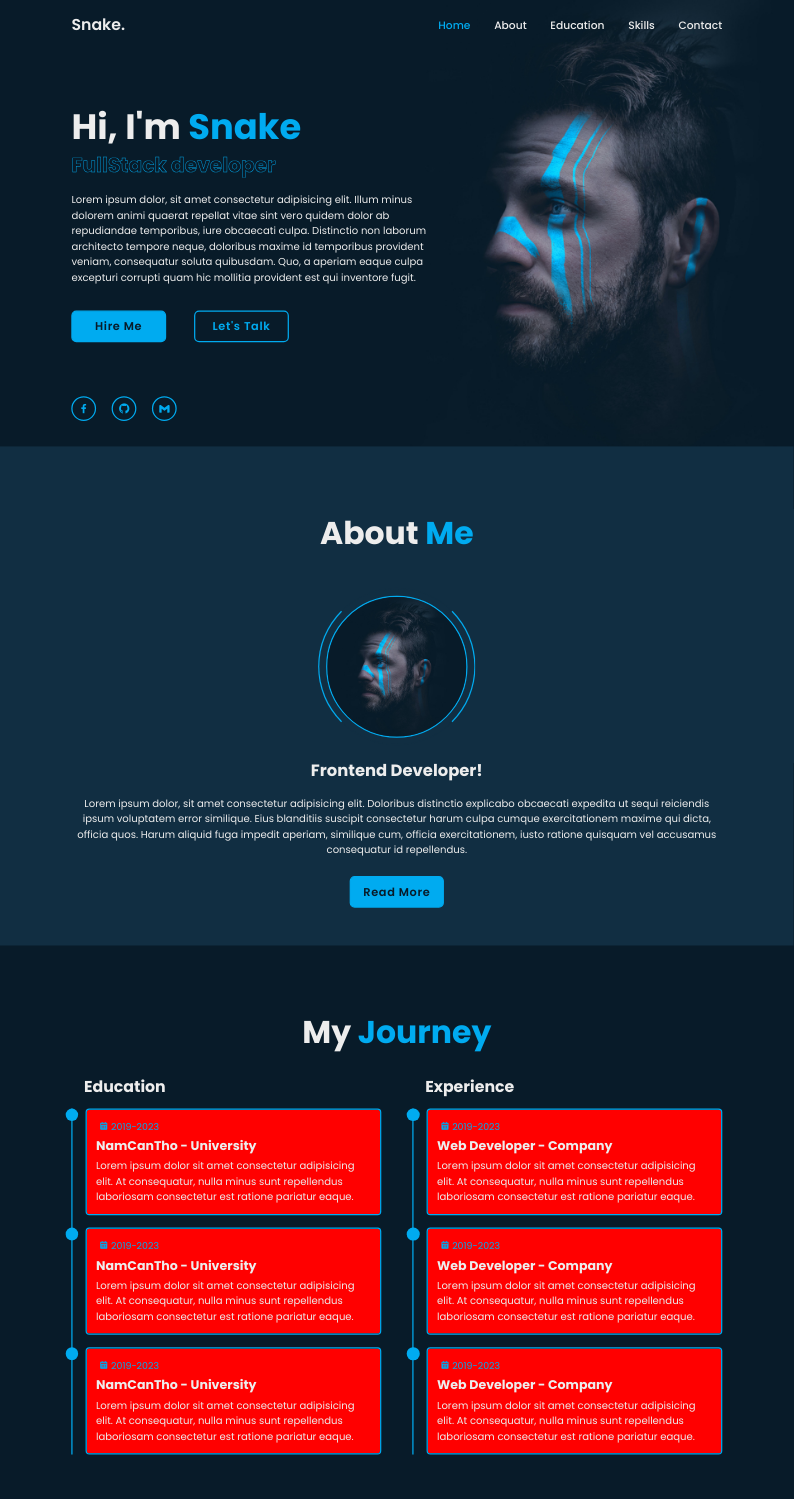
Repository: Tanty102/About_Me
Page: index.html
An editor plug-in stored every save of this project. The page is shown before and after the next save, followed by the edit.
The browser window is 1280 px wide. The pictures show the whole page, at 62% of full size.

Above is the page before, as saved 2023-09-12 18:50:49.

### index.html
<!DOCTYPE html>
<html lang="en">
  <head>
    <meta charset="UTF-8" />
    <meta name="viewport" content="width=device-width, initial-scale=1.0" />
    <link rel="stylesheet" href="style.css" />
    <title>CV Snake</title>
  </head>

  <!-- box icons -->
  <link
    href="https://unpkg.com/boxicons@2.1.4/css/boxicons.min.css"
    rel="stylesheet" />
  <body>
    <!-- Header design -->
    <header class="header">
      <a href="#" class="logo">Snake.</a>

      <div class="bx bx-menu" id="menu-icon"></div>

      <nav class="navbar">
        <a href="#home" class="active">Home</a>
        <a href="#about">About</a>
        <a href="#education">Education</a>
        <a href="#skills">Skills</a>
        <a href="#contact">Contact</a>
      </nav>
    </header>

    <!-- Home section design -->
    <section class="home" id="home">
      <div class="home-content">
        <h1>Hi, I'm <span>Snake</span></h1>
        <div class="text-animate">
          <h3>FullStack developer</h3>
        </div>
        <p>
          Lorem ipsum dolor, sit amet consectetur adipisicing elit. Illum minus
          dolorem animi quaerat repellat vitae sint vero quidem dolor ab
          repudiandae temporibus, iure obcaecati culpa. Distinctio non laborum
          architecto tempore neque, doloribus maxime id temporibus provident
          veniam, consequatur soluta quibusdam. Quo, a aperiam eaque culpa
          excepturi corrupti quam hic mollitia provident est qui inventore
          fugit.
        </p>

        <div class="btn-box">
          <a href="#" class="btn">Hire Me</a>
          <a href="#" class="btn">Let's Talk</a>
        </div>
      </div>

      <div class="home-sci">
        <a href="#"><i class="bx bxl-facebook"></i></a>
        <a href="#"><i class="bx bxl-github"></i></a>
        <a href="#"><i class="bx bxl-gmail"></i></a>
      </div>

      <div class="home-imgHover"></div>
    </section>

    <!-- About section design -->
    <section class="about" id="about">
      <h2 class="heading">About <span>Me</span></h2>

      <div class="about-img">
        <img src="image/about.jpg" alt="" />
        <span class="circle-spin"></span>
      </div>

      <div class="about-content">
        <h3>Frontend Developer!</h3>
        <p>
          Lorem ipsum dolor, sit amet consectetur adipisicing elit. Doloribus
          distinctio explicabo obcaecati expedita ut sequi reiciendis ipsum
          voluptatem error similique. Eius blanditiis suscipit consectetur harum
          culpa cumque exercitationem maxime qui dicta, officia quos. Harum
          aliquid fuga impedit aperiam, similique cum, officia exercitationem,
          iusto ratione quisquam vel accusamus consequatur id repellendus.
        </p>

        <div class="btn-box btns">
          <a href="#" class="btn">Read More</a>
        </div>
      </div>
    </section>

    <!-- Education section design -->
    <section class="education" id="education">
      <h2 class="heading">My <span>Journey</span></h2>

      <div class="education-row">
        <div class="education-column">
          <h3 class="title">Education</h3>

          <div class="education-box">
            <div class="education-content">
              <div class="content">
                <div class="year">
                  <i class="bx bxs-calendar"></i> 2019-2023
                </div>
                <h3>NamCanTho - University</h3>
                <p>
                  Lorem ipsum dolor sit amet consectetur adipisicing elit. At
                  consequatur, nulla minus sunt repellendus laboriosam
                  consectetur est ratione pariatur eaque.
                </p>
              </div>
            </div>

            <div class="education-content">
              <div class="content">
                <div class="year">
                  <i class="bx bxs-calendar"></i> 2019-2023
                </div>
                <h3>NamCanTho - University</h3>
                <p>
                  Lorem ipsum dolor sit amet consectetur adipisicing elit. At
                  consequatur, nulla minus sunt repellendus laboriosam
                  consectetur est ratione pariatur eaque.
                </p>
              </div>
            </div>

            <div class="education-content">
              <div class="content">
                <div class="year">
                  <i class="bx bxs-calendar"></i> 2019-2023
                </div>
                <h3>NamCanTho - University</h3>
                <p>
                  Lorem ipsum dolor sit amet consectetur adipisicing elit. At
                  consequatur, nulla minus sunt repellendus laboriosam
                  consectetur est ratione pariatur eaque.
                </p>
              </div>
            </div>
          </div>
        </div>

        <div class="education-column">
          <h3 class="title">Experience</h3>

          <div class="education-box">
            <div class="education-content">
              <div class="content">
                <div class="year">
                  <i class="bx bxs-calendar"></i> 2019-2023
                </div>
                <h3>Web Developer - Company</h3>
                <p>
                  Lorem ipsum dolor sit amet consectetur adipisicing elit. At
                  consequatur, nulla minus sunt repellendus laboriosam
                  consectetur est ratione pariatur eaque.
                </p>
              </div>
            </div>

            <div class="education-content">
              <div class="content">
                <div class="year">
                  <i class="bx bxs-calendar"></i> 2019-2023
                </div>
                <h3>Web Developer - Company</h3>
                <p>
                  Lorem ipsum dolor sit amet consectetur adipisicing elit. At
                  consequatur, nulla minus sunt repellendus laboriosam
                  consectetur est ratione pariatur eaque.
                </p>
              </div>
            </div>

            <div class="education-content">
              <div class="content">
                <div class="year">
                  <i class="bx bxs-calendar"></i> 2019-2023
                </div>
                <h3>Web Developer - Company</h3>
                <p>
                  Lorem ipsum dolor sit amet consectetur adipisicing elit. At
                  consequatur, nulla minus sunt repellendus laboriosam
                  consectetur est ratione pariatur eaque.
                </p>
              </div>
            </div>
          </div>
        </div>
      </div>
    </section>

    <script src="main.js"></script>
  </body>
</html>

### style.css
@import url("https://fonts.googleapis.com/css2?family=Poppins:wght@300;400;500;600;700;800;900&display=swap");

* {
  margin: 0;
  padding: 0;
  box-sizing: border-box;
  text-decoration: none;
  border: none;
  outline: none;
  scroll-behavior: smooth;
  font-family: "Poppins", sans-serif;
}

:root {
  --bg-color: #081b29;
  --second-bg-color: #112e42;
  --text-color: #ededed;
  --main-color: #00abf0;
}

html {
  font-size: 63.5%;
  overflow-x: hidden;
}

body {
  background: var(--bg-color);
  color: var(--text-color);
}

.header {
  position: fixed;
  top: 0;
  left: 0;
  width: 100%;
  padding: 2rem 9%;
  background: transparent;
  display: flex;
  justify-content: space-between;
  align-items: center;
  z-index: 100;
}

.logo {
  font-size: 2.5rem;
  color: var(--text-color);
  font-weight: 600;
}

.navbar a {
  font-size: 1.7rem;
  color: var(--text-color);
  font-weight: 500;
  margin-left: 3.5rem;
  transition: 0.3s;
}

.navbar a:hover,
.navbar a.active {
  color: var(--main-color);
}

#menu-icon {
  font-size: 3.6rem;
  color: var(--text-color);
  cursor: pointer;
  display: none;
}

section {
  min-height: 100vh;
  padding: 10rem 9% 2rem;
}

.home {
  display: flex;
  align-items: center;
  padding: 0 9%;
  background: url("/image/home.jpg") no-repeat;
  background-size: cover;
  background-position: center;
}

.home-content {
  max-width: 60rem;
}

.home-content h1 {
  font-size: 5.6rem;
  font-weight: 700;
  line-height: 1.3;
}

.home-content .text-animate {
  position: relative;
  width: 32.8rem;
}

.home-content .text-animate h3 {
  font-size: 3.2rem;
  font-weight: 700;
  color: transparent;
  -webkit-text-stroke: 0.7px var(--main-color);
}

.home-content p {
  font-size: 1.6rem;
  margin: 2rem 0 4rem;
}

.btn-box {
  position: relative;
  display: flex;
  justify-content: space-between;
  width: 34.5rem;
  height: 5rem;
}
.btn-box .btn {
  position: relative;
  display: inline-flex;
  justify-content: center;
  align-items: center;
  width: 15rem;
  height: 100%;
  background: var(--main-color);
  border: 0.2rem solid var(--main-color);
  border-radius: 0.8rem;
  font-size: 1.8rem;
  font-weight: 600;
  letter-spacing: 0.1rem;
  color: var(--bg-color);
  z-index: 1;
  overflow: hidden;
  transition: 0.5s;
}

.btn-box .btn:hover {
  color: var(--main-color);
}

.btn-box .btn:nth-child(2) {
  background: transparent;
  color: var(--main-color);
}

.btn-box .btn:nth-child(2):hover {
  color: var(--bg-color);
}

.btn-box .btn:nth-child(2)::before {
  background: var(--main-color);
}

.btn-box .btn::before {
  content: "";
  position: absolute;
  top: 0;
  left: 0;
  width: 0;
  height: 100%;
  background: var(--bg-color);
  z-index: -1;
  transition: 0.5s;
}

.btn-box .btn:hover::before {
  width: 100%;
}

.home-sci {
  position: absolute;
  bottom: 4rem;
  width: 170px;
  display: flex;
  justify-content: space-between;
}

.home-sci a {
  position: relative;
  display: inline-flex;
  justify-content: center;
  align-items: center;
  width: 40px;
  height: 40px;
  background: transparent;
  border: 0.2rem solid var(--main-color);
  border-radius: 50%;
  font-size: 20px;
  color: var(--main-color);
  z-index: 1;
  overflow: hidden;
  transition: 0.5s;
}

.home-sci a:hover {
  color: var(--bg-color);
}

.home-sci a::before {
  content: "";
  position: absolute;
  top: 0;
  left: 0;
  width: 0;
  height: 100%;
  background: var(--main-color);
  z-index: -1;
  transition: 0.5s;
}

.home-sci a:hover::before {
  width: 100%;
}

.home-imgHover {
  position: absolute;
  top: 0;
  right: 0;
  width: 45%;
  height: 100%;
  background: transparent;
  transition: 3s;
}

.home-imgHover:hover {
  background: var(--bg-color);
  opacity: 0.8;
}

.about {
  display: flex;
  justify-content: center;
  align-items: center;
  flex-direction: column;
  gap: 2rem;
  background: var(--second-bg-color);
  padding-bottom: 6rem;
}

.heading {
  font-size: 5rem;
  margin-bottom: 3rem;
  text-align: center;
}
span {
  color: var(--main-color);
}

.about-img {
  position: relative;
  width: 25rem;
  height: 25rem;
  border-radius: 50%;
  display: flex;
  justify-content: center;
  align-items: center;
}

.about-img img {
  width: 90%;
  border-radius: 50%;
  border: 0.2rem solid var(--main-color);
}

.about-img .circle-spin {
  position: absolute;
  top: 50%;
  left: 50%;
  transform: translate(-50%, -50%) rotate(0);
  width: 100%;
  height: 100%;
  border-radius: 50%;
  border-top: 0.2rem solid var(--second-bg-color);
  border-bottom: 0.2rem solid var(--second-bg-color);
  border-left: 0.2rem solid var(--main-color);
  border-right: 0.2rem solid var(--main-color);
}

.about-content {
  text-align: center;
}

.about-content h3 {
  font-size: 2.6rem;
}

.about-content p {
  font-size: 1.6rem;
  margin: 2rem 0 3rem;
}

.btn-box.btns {
  display: inline-block;
  width: 15rem;
}

.btn-box.btns a::before {
  background: var(--second-bg-color);
}

.education {
  display: flex;
  justify-content: center;
  align-items: center;
  flex-direction: column;
  min-height: auto;
  padding-bottom: 5rem;
}

.education .education-row {
  display: flex;
  flex-wrap: wrap;
  gap: 5rem;
}

.education-row .education-column {
  flex: 1 1 40rem;
}

.education-column .title {
  font-size: 2.5rem;
  margin: 0 0 1.5rem 2rem;
}

.education-column .education-box {
  border-left: 0.2rem solid var(--main-color);
}

.education-box .education-content {
  position: relative;
  padding-left: 2rem;
}

.education-box .education-content::before {
  content: "";
  position: absolute;
  top: 0;
  left: -1.1rem;
  width: 2rem;
  height: 2rem;
  background: var(--main-color);
  border-radius: 50%;
}

.education-content .content {
  position: relative;
  padding: 1.5rem;
  border: 0.2rem solid var(--main-color);
  border-radius: 0.6rem;
  margin-bottom: 2rem;
  overflow: hidden;
}

.education-content .content::before {
  content: "";
  position: absolute;
  top: 0;
  left: 0;
  width: 100%;
  height: 100%;
  background: red;
  z-index: -1;
}

.education-content .content .year {
  font-size: 1.5rem;
  color: var(--main-color);
  padding-bottom: 0.5rem;
}

.education-content .content .year i {
  padding-left: 0.5rem;
}

.education-content .content h3 {
  font-size: 2rem;
}

.education-content .content p {
  font-size: 1.6rem;
  padding-top: 0.5rem;
}

Loaded but not shown: main.js (no copy from this time; the picture is the same without it)

After the next save:
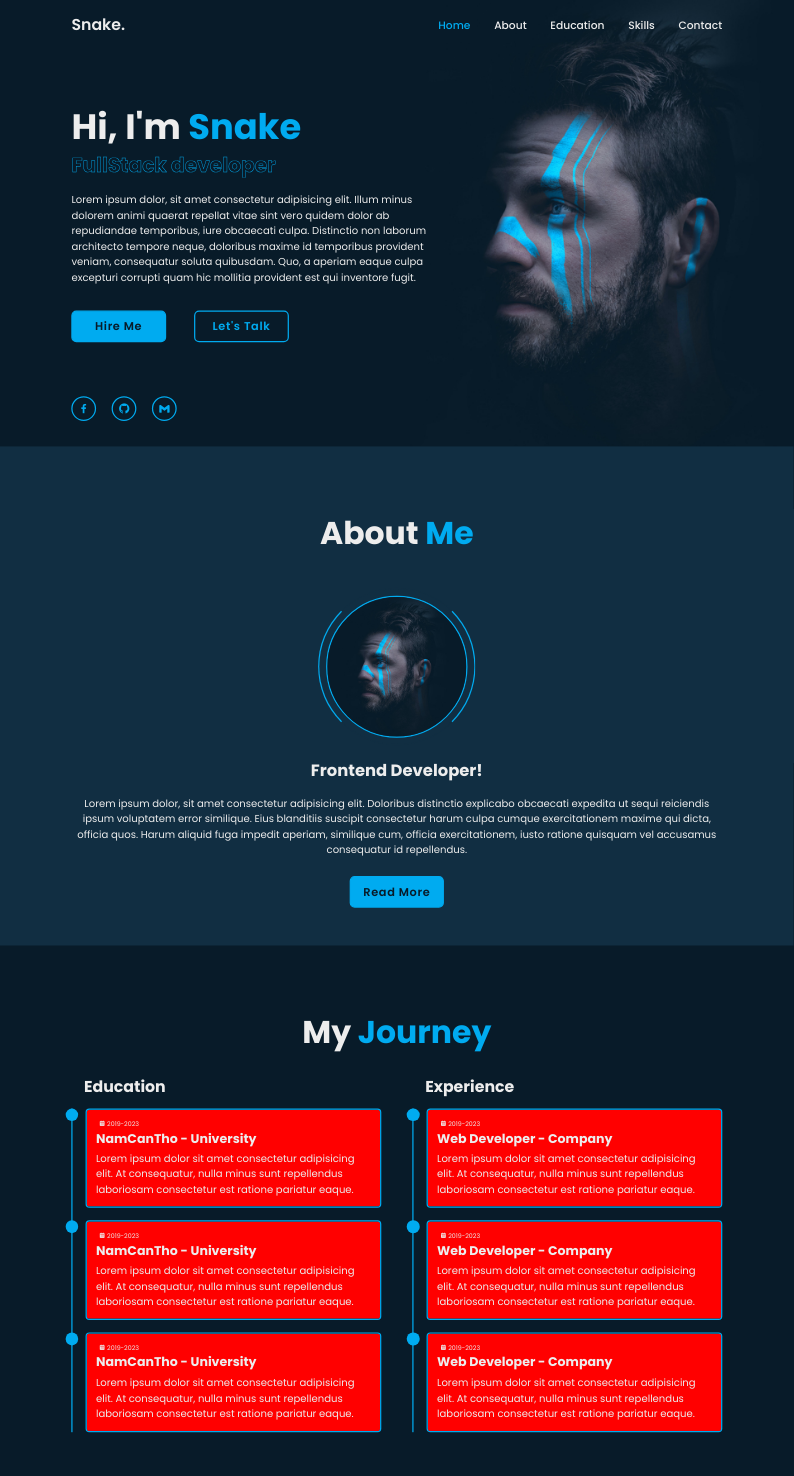
Saved 26 s later.
--- a/style.css
+++ b/style.css
@@ -362,6 +362,8 @@
   z-index: -1;
 }
 
+.education-content .content::before
+
 .education-content .content .year {
   font-size: 1.5rem;
   color: var(--main-color);

After the 4 saves that followed:
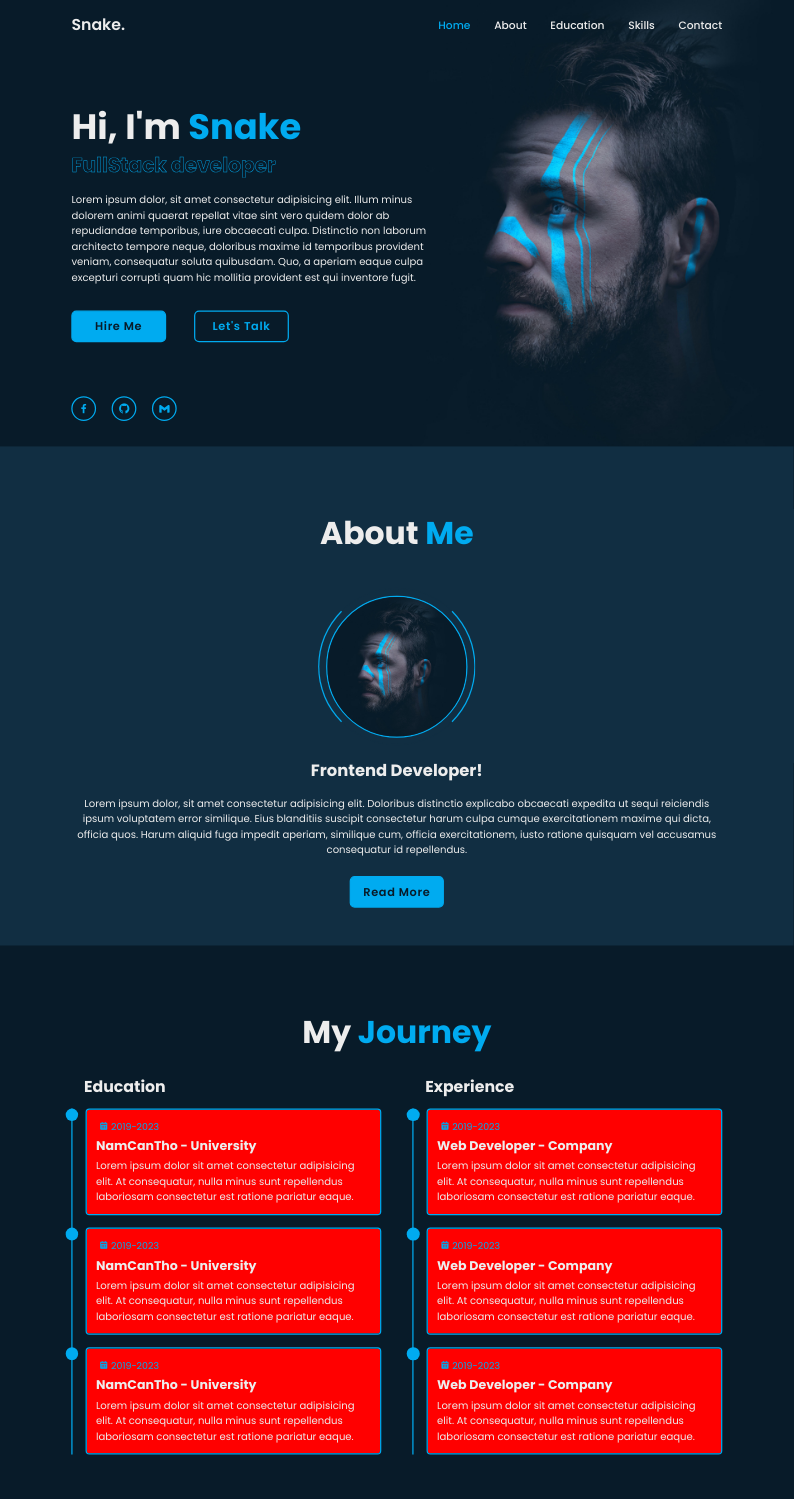
The 4 saves are shown as one change because 1 left the picture as it was and some came seconds apart.
The last was saved 13 s later.
--- a/style.css
+++ b/style.css
@@ -362,7 +362,9 @@
   z-index: -1;
 }
 
-.education-content .content::before
+.education-content .content:hover::before {
+
+}
 
 .education-content .content .year {
   font-size: 1.5rem;
